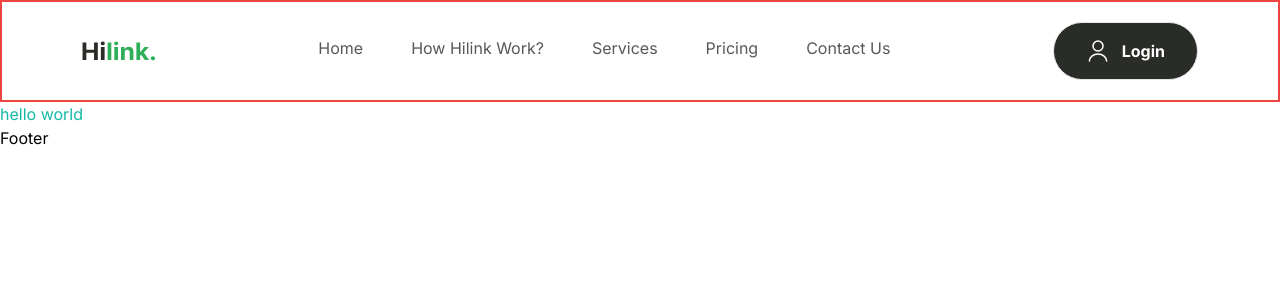
Repository: tarun4141/travel-app
Page: /
An editor plug-in stored every save of this project. The page is shown before and after a run of saves, followed by the edit.
The browser window is 1280 px wide. The pictures show the whole page.
The project was rebuilt for these pictures with package versions that can differ from the ones it lists, and the page was loaded fresh each time. The framework's server and built-in components were replaced by stand-ins that run in the browser. Also part of the build but not shown: next.config.mjs.

Above is the page before, as saved 2024-06-23 02:22:48.

### app/layout.tsx
import type { Metadata } from "next";

import "./globals.css";
import Navbar from "@/components/Navbar";
import Footer from "@/components/Footer";



export const metadata: Metadata = {
  title: "Travel App",
  description: "Travel next app",
};

export default function RootLayout({
  children,
}: Readonly<{
  children: React.ReactNode;
}>) {
  return (
    <html lang="en">

      <body >

      <Navbar/>
      <main className="relative overflow-hidden">
      {children}

      </main>

      <Footer/>
      </body>
    </html>
  );
}

### app/page.tsx


export default function Home() {
  return (
   <h1 className="text-bold  text-teal-500">
    hello world

   </h1>
  );
}

### components/Navbar.tsx
import { NAV_LINKS } from '@/constants'
import Image from 'next/image'
import Link from 'next/link'
import React from 'react'
import Button from './Button'

const Navbar = () => {
  return (
   <nav className='border-2
   border-red-500
  flexBetween max-container
  padding-container
  relative z-30 py-5 '>
   <Link href="/">
   <Image src="/hilink-logo.svg"
   alt='logo'
   width={74}
   height={29}
   />


   </Link>
   <ul className='hidden h-full gap-12 lg:flex'>

   {NAV_LINKS.map((link)=>(
      <Link href={link.href} key={link.key}
      className='regular-16 text-gray-50 flexCenter cursor-pointer pb-1.5 transition-all hover:font-bold '>
      {link.label}
      </Link>
   ))}


 </ul>

<div className='lg:flexCenter hidden'>
   <Button
   type="button"
   title="Login"
   icon="/user.svg"
   variant="btn_dark_green"
   />
</div>
<Image
src="menu.svg"
alt='menu'
width={32}
height={32}
className='inline-block cursor-pointer lg:hidden'

/>



   </nav>
  )
}

export default Navbar

### constants/index.ts
//NAVIGATION
export const NAV_LINKS = [
    { href: '/', key: 'home', label: 'Home' },
    { href: '/', key: 'how_hilink_work', label: 'How Hilink Work?' },
    { href: '/', key: 'services', label: 'Services' },
    { href: '/', key: 'pricing ', label: 'Pricing ' },
    { href: '/', key: 'contact_us', label: 'Contact Us' },
  ];

  // CAMP SECTION
  export const PEOPLE_URL = [
    '/person-1.png',
    '/person-2.png',
    '/person-3.png',
    '/person-4.png',
  ];

  // FEATURES SECTION
  export const FEATURES = [
    {
      title: 'Real maps can be offline',
      icon: '/map.svg',
      variant: 'green',
      description:
        'We provide a solution for you to be able to use our application when climbing, yes offline maps you can use at any time there is no signal at the location',
    },
    {
      title: 'Set an adventure schedule',
      icon: '/calendar.svg',
      variant: 'green',
      description:
        "Schedule an adventure with friends. On holidays, there are many interesting offers from Hilink. That way, there's no more discussion",
    },
    {
      title: 'Technology using augment reality',
      icon: '/tech.svg',
      variant: 'green',
      description:
        'Technology uses augmented reality as a guide to your hiking trail in the forest to the top of the mountain. Already supported by the latest technology without an internet connection',
    },
    {
      title: 'Many new locations every month',
      icon: '/location.svg',
      variant: 'orange',
      description:
        'Lots of new locations every month, because we have a worldwide community of climbers who share their best experiences with climbing',
    },
  ];

  // FOOTER SECTION
  export const FOOTER_LINKS = [
    {
      title: 'Learn More',
      links: [
        'About Hilink',
        'Press Releases',
        'Environment',
        'Jobs',
        'Privacy Policy',
        'Contact Us',
      ],
    },
    {
      title: 'Our Community',
      links: ['Climbing xixixi', 'Hiking hilink', 'Hilink kinthill'],
    },
  ];

  export const FOOTER_CONTACT_INFO = {
    title: 'Contact Us',
    links: [
      { label: 'Admin Officer', value: '123-456-7890' },
      { label: 'Email Officer', value: 'hilink@akinthil.com' },
    ],
  };

  export const SOCIALS = {
    title: 'Social',
    links: [
      '/facebook.svg',
      '/instagram.svg',
      '/twitter.svg',
      '/youtube.svg',
      '/wordpress.svg',
    ],
  };

### components/Button.tsx
import Image from "next/image";


type ButtonProps ={
  type: "button"|"submit";
  title:string;
  icon?:string;
  variant:'btn_dark_green'
}

const Button = ({type,title,icon,variant}:ButtonProps) => {
  return (
    <button
    className={`flexCenter gap-3 rounded-full border ${variant}`}

    type={type}>

        {icon && <Image src={icon} alt={title} width={24} height={24} />}
   <label className="bold-16 whitespace-nowrap">{title}</label>

    </button>

  )
}

export default Button

Loaded but not shown: app/globals.css (common file); components/Footer.tsx (common file); tailwind.config.ts (common file)

After the next 4 saves:
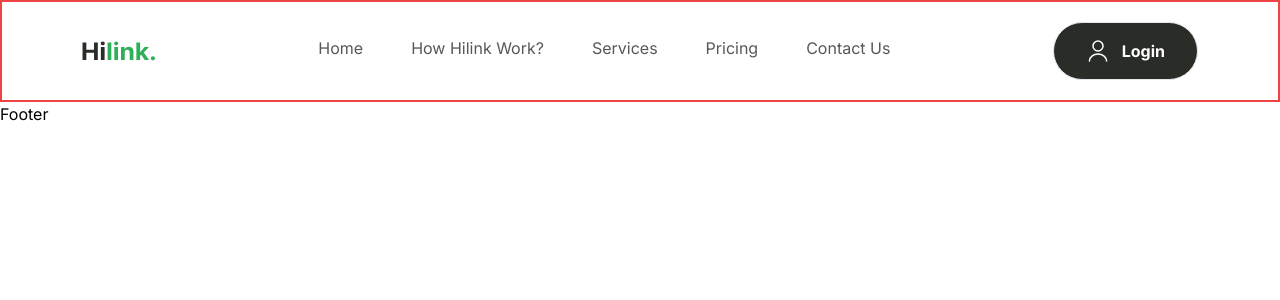
The 4 saves are shown as one change because they came seconds apart.
The last was saved 44 s later.
--- a/app/page.tsx
+++ b/app/page.tsx
@@ -2,9 +2,9 @@
 
 export default function Home() {
   return (
-   <h1 className="text-bold  text-teal-500">
-    hello world
+  <>
 
-   </h1>
+
+  </>
   );
 }
